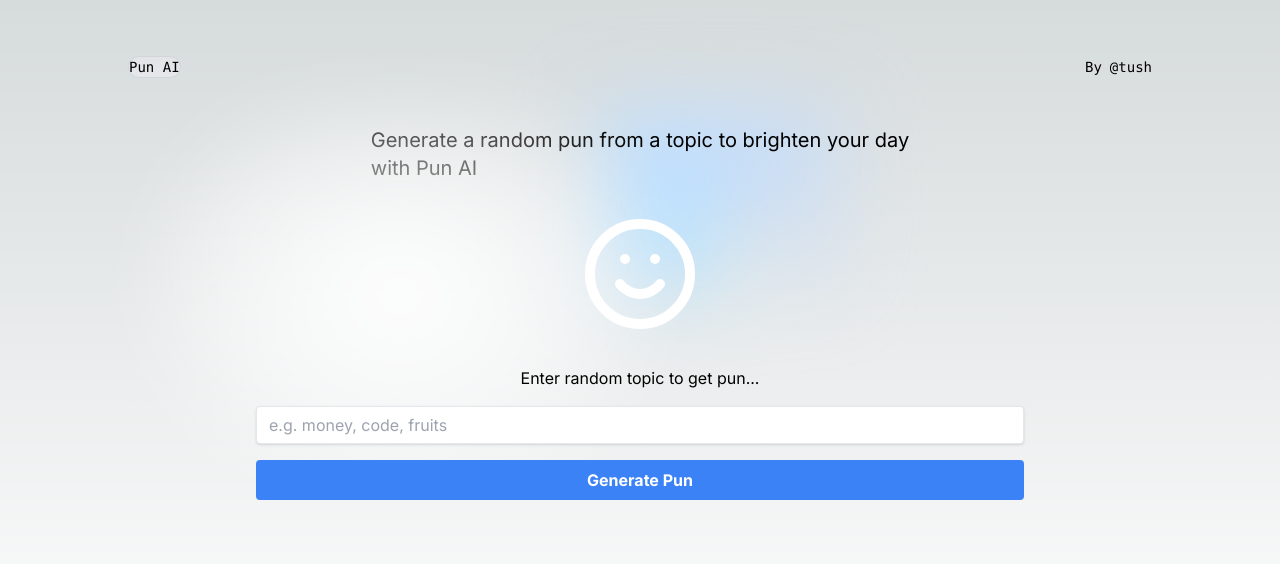
Repository: tushcmd/next-puns-ai
Page: /
An editor plug-in stored every save of this project. The page is shown before and after the next save, followed by the edit.
The browser window is 1280 px wide. The pictures show the whole page.
The project was rebuilt for these pictures with package versions that can differ from the ones it lists, and the page was loaded fresh each time. The framework's server and built-in components were replaced by stand-ins that run in the browser. Also part of the build but not shown: next.config.mjs.

Above is the page before, as saved 2024-03-07 08:56:31.

After the next save:
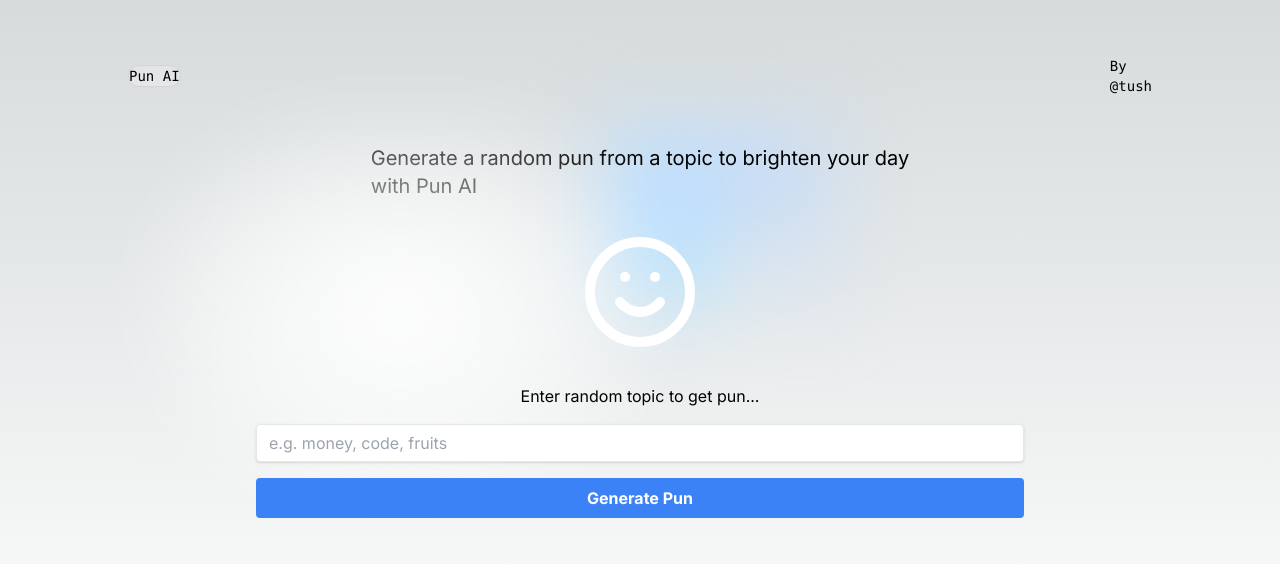
Saved 33 s later.
--- a/app/page.tsx
+++ b/app/page.tsx
@@ -25,7 +25,7 @@
             Dak
   </div>*/}
         <a
-          className="pointer-events-none flex place-items-center gap-2 p-8 lg:pointer-events-auto lg:p-0"
+          className=""
           href="https://tushdev.co/"
           target="_blank"
           rel="noopener noreferrer"
